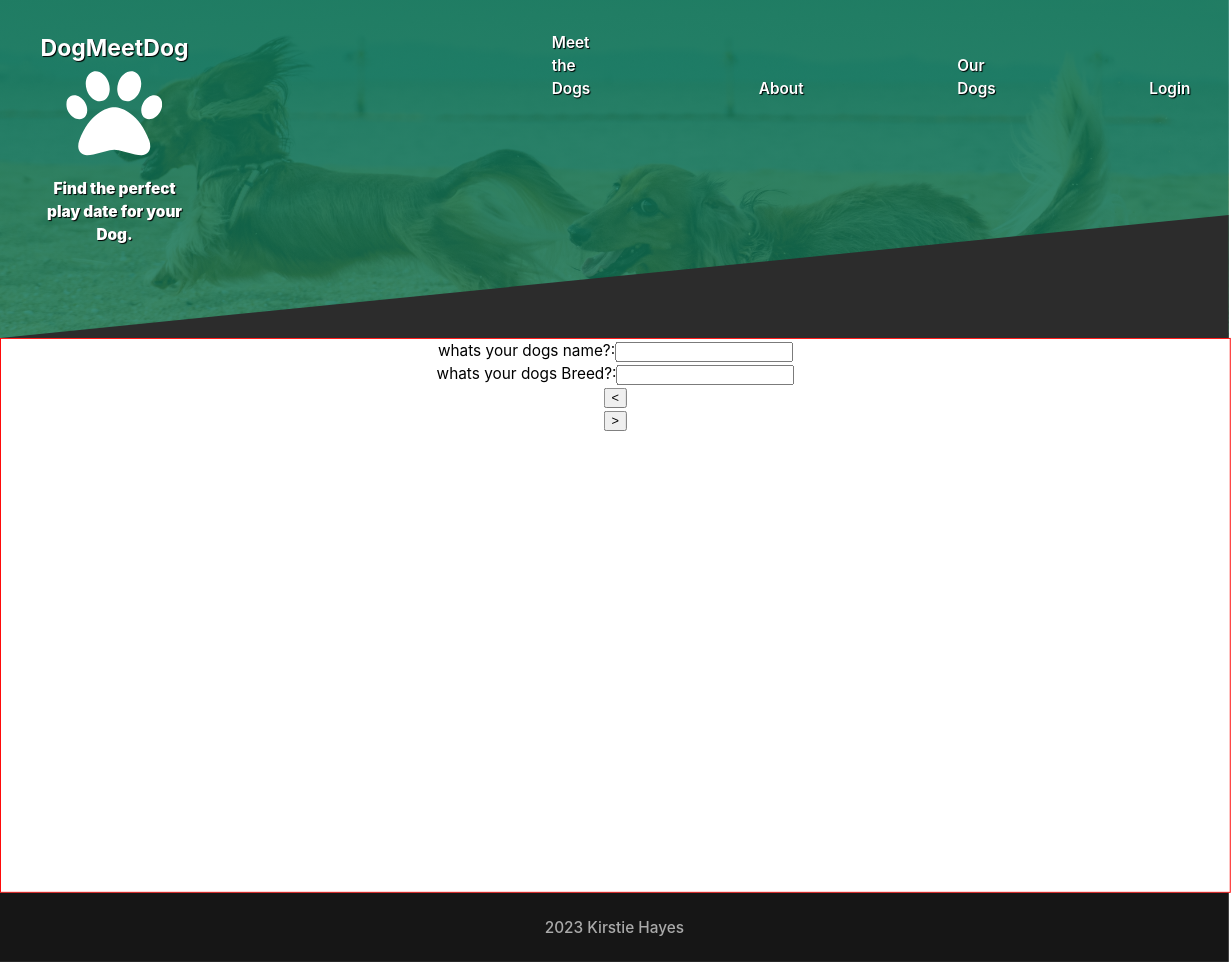
Repository: epixieme/dogmeetdog
Page: /questions (app in client/)
An editor plug-in stored every save of this project. The page is shown before and after the next save, followed by the edit.
The browser window is 1280 px wide. The page is 1282 px wide, so the pictures cover 1282 px, including what lies to the right of the window. The pictures show the whole page, at 96% of full size.
Some web libraries are served in a nearby version. The project was rebuilt for these pictures with package versions that can differ from the ones it lists, and the page was loaded fresh each time. Also part of the build but not shown: client/vite.config.ts, client/src/components/Shared/Headers/Dashboard-Header/dashboardHeader.css, client/src/components/Shared/Headers/Dashboard-Header/DashboardHeader.tsx, client/src/components/Layouts/Login_Layout.tsx, client/src/components/Shared/ErrorMessage/ErrorMessage.tsx, client/src/components/Shared/Loader/Loader.tsx, client/src/pages/LoggedOut/Home.tsx, client/src/pages/LoggedOut/About/About.tsx and 10 more.

Above is the page before, as saved 2024-01-30 08:55:47.

### client/index.html
<!DOCTYPE html>
<html lang="en">
  <head>
    <meta charset="UTF-8" />
    <link rel="icon" type="image/svg+xml" href="/vite.svg" />
    <meta name="viewport" content="width=device-width, initial-scale=1.0" />
    <script src="https://kit.fontawesome.com/b189f585cc.js" crossorigin="anonymous"></script>
    <title>Vite + React</title>
  </head>
  <body>
    <div id="root"></div>
    <script type="module" src="src/main.tsx"></script>
  </body>
</html>

### client/src/main.tsx
import ReactDOM from "react-dom/client";
import App from "./App";
import "./index.css";
import { ApolloClient, InMemoryCache, ApolloProvider,} from '@apollo/client'

const client = new ApolloClient({
  uri: 'http://localhost:4000',
  cache: new InMemoryCache(),
})

ReactDOM.createRoot(document.getElementById("root") as Element).render(

<ApolloProvider client={client}>
    <App />
</ApolloProvider>

);

### client/src/App.tsx
import { RouterProvider } from "react-router-dom";
import router from "./routes/router";


function App() {
  return <RouterProvider router={router} />
}

export default App;

### client/src/routes/router.tsx
import {
  createBrowserRouter,
  createRoutesFromElements,
  Route,
} from "react-router-dom";

import Main_Layout from "../components/Layouts/Main_Layout";
import Login_Layout from "../components/Layouts/Login_Layout";
import Home from "../pages/LoggedOut/Home";
import About from "../pages/LoggedOut/About/About";
import DisplayDogs from "../pages/LoggedOut/Dogs/DisplayDogs";
import NotFound from "../pages/Shared/NotFound";
// import DogDetails from "../pages/LoggedOut/Dogs/DogDetails";
import Dashboard from "../pages/LoggedIn/Dashboard";
import Reviews from "../pages/LoggedIn/Reviews";
import Question from "../pages/SignUp/Question";
import Login from "../pages/Login/Login";
import QuestionPage from "../pages/SignUp/QuestionPage";



//nested routes
const router = createBrowserRouter(
  createRoutesFromElements(
    <Route path="/" element={<Main_Layout />}>
      <Route index element={<Home />} />
      <Route path="dogs" element={<DisplayDogs /> } />
      <Route path="about" element={<About />} />
      <Route path="questions" element={<QuestionPage />} />
      <Route path="login"element={<Login />}/>
      {/* <Route path="dogs/:id" element={<DogDetails />} /> */}
      <Route path="meetdogs" element={<Login_Layout />}>
        <Route index element={<Dashboard />} />
        <Route path="reviews" element={<Reviews />} />
      </Route>
      <Route path="*" element={<NotFound />} />
    </Route>
  )
);

export default router;

### client/src/components/Layouts/Main_Layout.tsx
import Footer from "../shared/Footer/Footer"
import Header from "../shared/Headers/Main-Header/Header";
import { Outlet } from "react-router-dom";

export default function Main_Layout() {
  return (
    <>
      <Header />
      <main className="">
        <Outlet />
      </main>
      <Footer />
    </>
  );
}

### client/src/pages/SignUp/QuestionPage.tsx
import { Question } from "@features";
import { Button } from "@shared";
import useQuestionHook from "./useQuestionHook";
import "./signUp.css";
import { useEffect, useState, useRef } from "react";

export default function Questions(initialAnswer = "") {
  //store answers  to local storage
  // post answers and create a graph query
  // animate

  const getAnswers = window.localStorage.getItem("answers") as string;
  const [answers, setAnswers] = useState<string[]>(getAnswers? [JSON.parse(getAnswers)]:[]);
  const [answered, setAnswered] = useState<boolean>(false);

  useEffect(() => {
    window.localStorage.setItem("answers", JSON.stringify(answers));
  }, []);

  const { questionText, currentScreen, nextScreen, previousScreen } =
    useQuestionHook();
  // change below to a hook
  async function handleNext() {
    nextScreen()

   setAnswered(true)
    // setAnswer("");
    // setAnswers([...answers, answer]);
  }
  const handleAnswerChange = (index:number, event:any) => {
        const newAnswers = [...answers];
        newAnswers[index] = event.target.value;
        setAnswers(newAnswers);
        // Store the updated answers in local storage
        localStorage.setItem('answers', JSON.stringify(newAnswers));
      };

  return (
    <div className="questionText">

      <Question
        questionText={questionText[0]}
        onChange={(event) => handleAnswerChange(0, event)}
        value={answers[0] || ''}
        hidden={answered && 'hidden'}


      />
      <Question
        questionText={questionText[1]}
        onChange={(event) => handleAnswerChange(1, event)}
        value={answers[1] || ''}
        hidden={answered && 'hidden'}
      />
      <Button btnText={"<"} onClick={previousScreen} />
      <Button btnText={">"} onClick={handleNext} />
    </div>
  );

}

// import React, { useState, useEffect } from 'react';

// const Quiz = () => {
//   const [answers, setAnswers] = useState([]);

//   useEffect(() => {
//     // Fetch answers from local storage when component mounts
//     const storedAnswers = JSON.parse(localStorage.getItem('quizAnswers'));
//     if (storedAnswers) {
//       setAnswers(storedAnswers);
//     }
//   }, []);

//   const handleAnswerChange = (index, event) => {
//     const newAnswers = [...answers];
//     newAnswers[index] = event.target.value;
//     setAnswers(newAnswers);
//     // Store the updated answers in local storage
//     localStorage.setItem('quizAnswers', JSON.stringify(newAnswers));
//   };

//   return (
//     <div>
//       <h2>Quiz</h2>
//       <ol>
//         <li>
//           <label>
//             Question 1: What is the capital of France?
//             <input
//               type="text"
//               value={answers[0] || ''}
//               onChange={(event) => handleAnswerChange(0, event)}
//             />
//           </label>
//         </li>
//         <li>
//           <label>
//             Question 2: What is the largest planet in our solar system?
//             <input
//               type="text"
//               value={answers[1] || ''}
//               onChange={(event) => handleAnswerChange(1, event)}
//             />
//           </label>
//         </li>
//         <li>
//           <label>
//             Question 3: Who wrote "To Kill a Mockingbird"?
//             <input
//               type="text"
//               value={answers[2] || ''}
//               onChange={(event) => handleAnswerChange(2, event)}
//             />
//           </label>
//         </li>
//       </ol>
//     </div>
//   );
// };

// export default Quiz;

### client/src/components/Shared/Footer/Footer.tsx
export default function Footer() {
  return (
    <footer className="footer-container">
      <p>2023 Kirstie Hayes</p>
    </footer>
  );
}

### client/src/components/Shared/Headers/Main-Header/Header.tsx
import { Link, NavLink } from "react-router-dom";
// @ts-ignore
import useWindowWidth  from '../../../../hooks/useWindowWidth'

export default function Header() {
  const activeStyles = {
    textDecoration: "underline",
    color: "white",
  };

  const inactiveStyles = {
    color: "white",
  };

  const screenWidth = useWindowWidth()

  return (
    <header className="nav-menu-container">
      <svg
        xmlns="http://www.w3.org/2000/svg"
        viewBox="0 0 100 100"
        preserveAspectRatio="none"
      >
        <polygon fill="#2C2C2C" points="0,100 100,0 100,100" />
      </svg>

      <Link className="logo" to="/">
        <h1>DogMeetDog</h1>
        <svg
          xmlns="http://www.w3.org/2000/svg"
          height="1em"
          viewBox="0 0 512 512"
        >
          <path d="M226.5 92.9c14.3 42.9-.3 86.2-32.6 96.8s-70.1-15.6-84.4-58.5s.3-86.2 32.6-96.8s70.1 15.6 84.4 58.5zM100.4 198.6c18.9 32.4 14.3 70.1-10.2 84.1s-59.7-.9-78.5-33.3S-2.7 179.3 21.8 165.3s59.7 .9 78.5 33.3zM69.2 401.2C121.6 259.9 214.7 224 256 224s134.4 35.9 186.8 177.2c3.6 9.7 5.2 20.1 5.2 30.5v1.6c0 25.8-20.9 46.7-46.7 46.7c-11.5 0-22.9-1.4-34-4.2l-88-22c-15.3-3.8-31.3-3.8-46.6 0l-88 22c-11.1 2.8-22.5 4.2-34 4.2C84.9 480 64 459.1 64 433.3v-1.6c0-10.4 1.6-20.8 5.2-30.5zM421.8 282.7c-24.5-14-29.1-51.7-10.2-84.1s54-47.3 78.5-33.3s29.1 51.7 10.2 84.1s-54 47.3-78.5 33.3zM310.1 189.7c-32.3-10.6-46.9-53.9-32.6-96.8s52.1-69.1 84.4-58.5s46.9 53.9 32.6 96.8s-52.1 69.1-84.4 58.5z" />
        </svg>
        <p>Find the perfect play date for your Dog.</p>
      </Link>

      <nav className={// @ts-ignore
      screenWidth > 800 ? "nav-links-container" : "hidden"}>
      <NavLink
          to="/meetdogs"
          style={({ isActive }) => (isActive ? activeStyles : inactiveStyles)}
        >
          Meet the Dogs
        </NavLink>
        <NavLink
          to="/about"
          style={({ isActive }) => (isActive ? activeStyles : inactiveStyles)}
        >
          About
        </NavLink>
        <NavLink
          to="/dogs"
          style={({ isActive }) => (isActive ? activeStyles : inactiveStyles)}
        >
          Our Dogs
        </NavLink>
        <NavLink
          to="/login"
          style={({ isActive }) => (isActive ? activeStyles : inactiveStyles)}
        >
          Login
        </NavLink>
      </nav>
    </header>
  );
}

### client/src/components/Shared/index.ts
export { default as Button } from './Button/Button'
export { default as ErrorMessage } from './ErrorMessage/ErrorMessage'
export { default as Footer } from './Footer/Footer'
export { default as Header } from './Headers/Main-Header/Header'
export { default as DashboardHeader} from './Headers/Dashboard-Header/DashboardHeader'
export { default as Loader } from './Loader/Loader'

### client/src/components/Features/index.ts
export {default as DogCardList } from './DogCardList/DogCardList'
export {default as DogInformationCard}  from  './DogInformationCard/DogInformationCard'
export {default as Question }  from  './Question'

### client/src/pages/SignUp/useQuestionHook.tsx
import { useState } from "react";

const questionText =['whats your dogs name?', 'whats your dogs Breed?', 'where do you live?','whats your dogs age?', 'whats your dogs personality?' ]
const answers =['', '', '','', '' ]
const questionText2 =['Now Tell me about your owner(s)', 'names', 'hobbies' ]
export default function useQuestionHook(){

    const [currentScreen, setCurrentScreen] = useState(0)

    // const [answers, setAnswers] = useState<string[]>([]);
    // console.log(answers);


    function nextScreen() {
        if (currentScreen < questionText.length -1) {
        //  setAnswers(prevVal=>[...prevVal,inputValue])
          // need to add to local state too
          setCurrentScreen(currentScreen + 1);

        }
      }

      function previousScreen() {
        if (currentScreen > 0) {
          setCurrentScreen(currentScreen - 1);
        }
      }

      return {
        currentScreen,
        questionText,
        nextScreen,
        previousScreen
      }
}

### client/src/pages/SignUp/signUp.css
.questionText{
    display:flex;
    flex-direction: column;
    justify-content: flex-start;
    align-items: center;

    width:100vw;
    height:80vh;
    border: 1px solid red;
}

### client/src/hooks/useWindowWidth.jsx
import { useState, useEffect } from "react";

const useWindowWidth = () => {
  const [windowWidth, setWindowWidth] = useState(window.innerWidth);
  console.log(windowWidth)

  const updateWindowWidth = () => {
    setWindowWidth(window.innerWidth);

  };
  useEffect(() => {
    window.addEventListener("resize", updateWindowWidth);

    return () => window.removeEventListener("resize", updateWindowWidth);
  }, []);

  return windowWidth;
};

export default useWindowWidth;

### client/src/components/Shared/Button/Button.tsx
import React from "react";
import { Link } from "react-router-dom";


interface buttonProps {
  btnText:string,
  route?:any,
  onClick?: () => void,
}


export default function Button({ btnText, route, onClick }: buttonProps){
  return (
    <Link to={route} onClick={onClick} className="btnLink">
      <button> {btnText}</button>
    </Link>
  );
}

### client/src/components/Features/Question.tsx

interface Props {
  questionText: string;

}

export default function Question({ questionText }: Props) {
  return (
    <form action="" className="question1-container">
      <label>{questionText}:</label>
      <input type="text"></input>


    </form>
  );
}

Loaded but not shown: client/src/index.css (724 lines, source omitted)

After the next save:
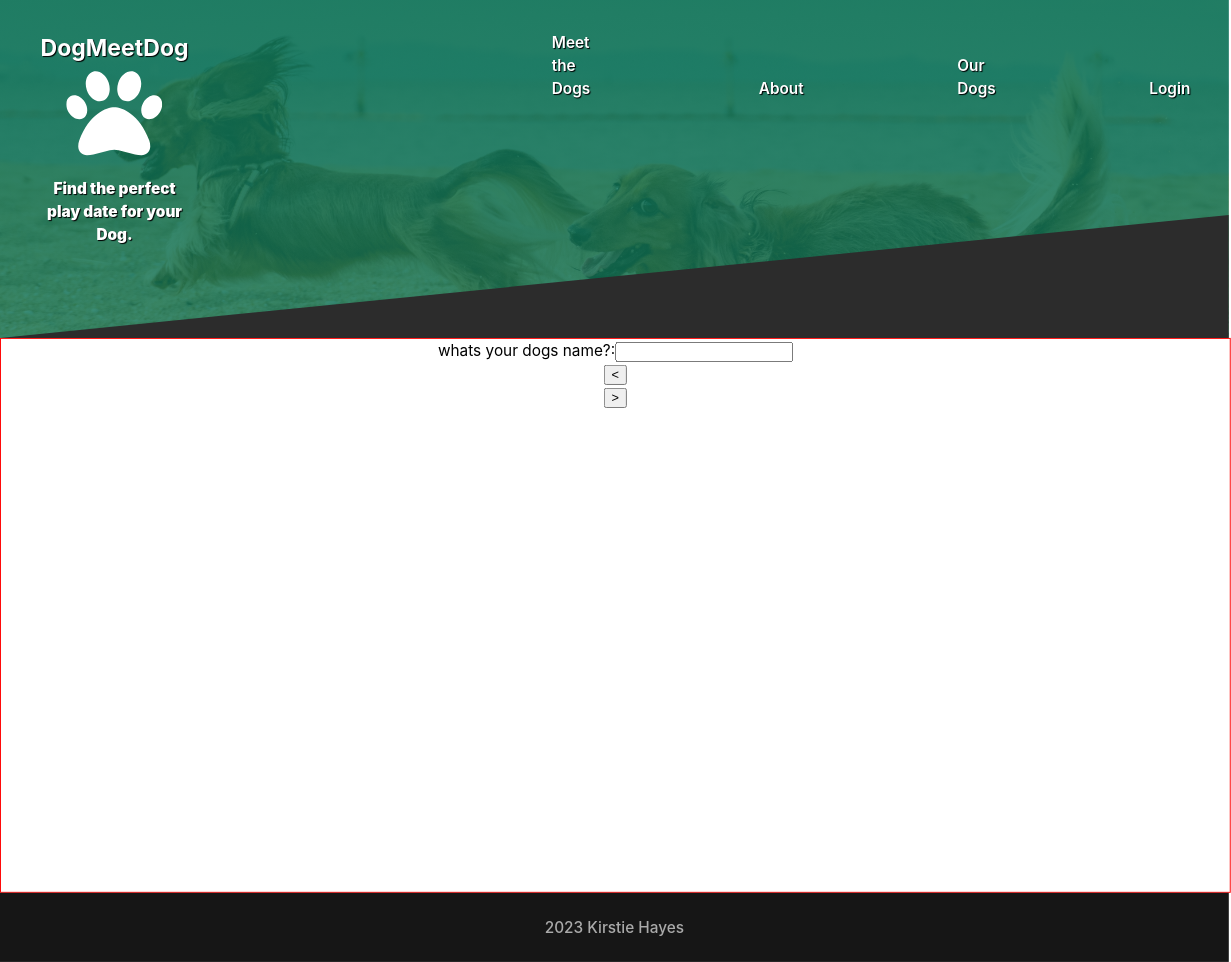
Saved 108 s later.
--- a/client/src/pages/SignUp/QuestionPage.tsx
+++ b/client/src/pages/SignUp/QuestionPage.tsx
@@ -40,18 +40,18 @@ export default function Questions(initialAnswer = "") {
 
       <Question
         questionText={questionText[0]}
-        onChange={(event) => handleAnswerChange(0, event)}
-        value={answers[0] || ''}
-        hidden={answered && 'hidden'}
+        onChange={(event) => handleAnswerChange(currentScreen, event)}
+        value={answers[currentScreen] || ''}
+
 
 
       />
-      <Question
+      {/* <Question
         questionText={questionText[1]}
         onChange={(event) => handleAnswerChange(1, event)}
         value={answers[1] || ''}
-        hidden={answered && 'hidden'}
-      />
+
+      /> */}
       <Button btnText={"<"} onClick={previousScreen} />
       <Button btnText={">"} onClick={handleNext} />
     </div>
